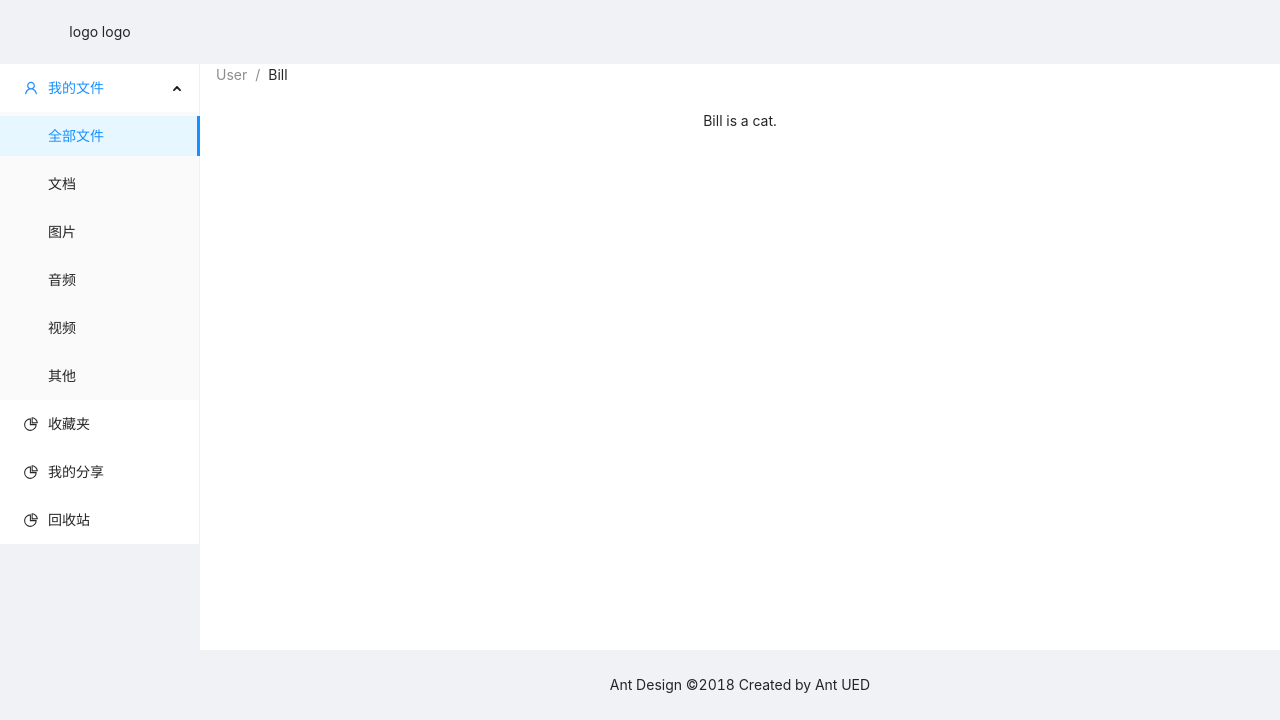
Repository: xstnet/starfire-cloud-fe
Page: /
The author's editor kept a copy of each file at every save. The page is drawn from the files as they stood at one save, then again after the next save.
The browser window is 1280 px wide. The pictures show the whole page.
The project was rebuilt for these pictures with package versions that can differ from the ones it lists, and the page was loaded fresh each time.

Above is the page before, as saved 2021-09-12 17:15:18.

After the next save:
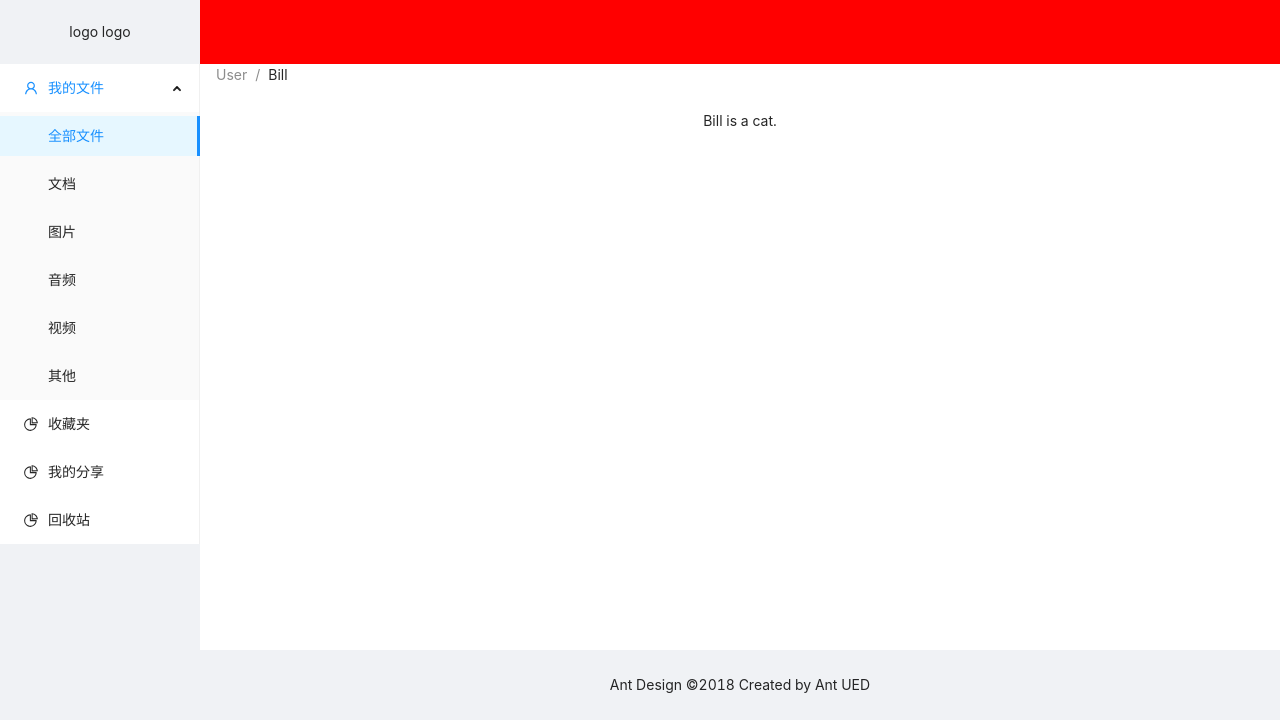
Saved 15 s later.
--- a/src/page/layout/main.less
+++ b/src/page/layout/main.less
@@ -15,6 +15,7 @@
   }
   .side-right .header {
     background: #f0f2f5;
+    background: red;
     padding: 0;
   }
   .side-right .content {

After the save that followed:
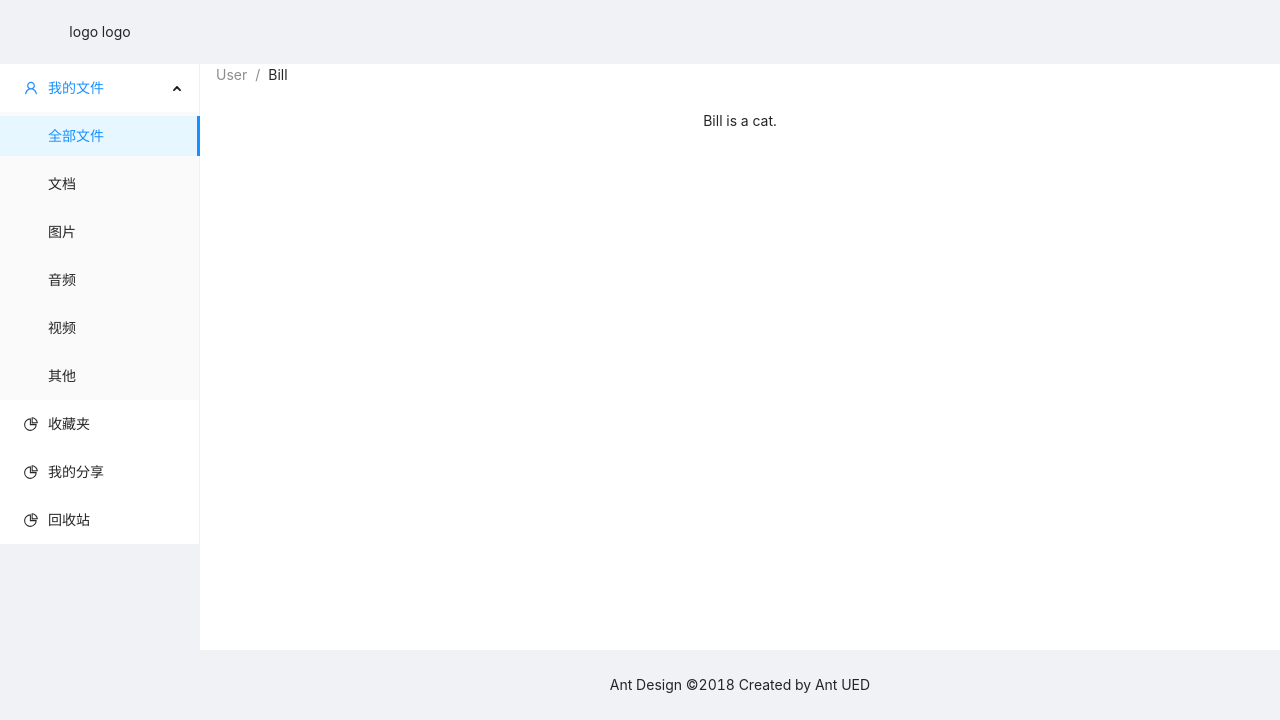
Saved 11 s later.
--- a/src/page/layout/main.less
+++ b/src/page/layout/main.less
@@ -15,7 +15,7 @@
   }
   .side-right .header {
     background: #f0f2f5;
-    background: red;
+    background: #f0f2f5;
     padding: 0;
   }
   .side-right .content {
